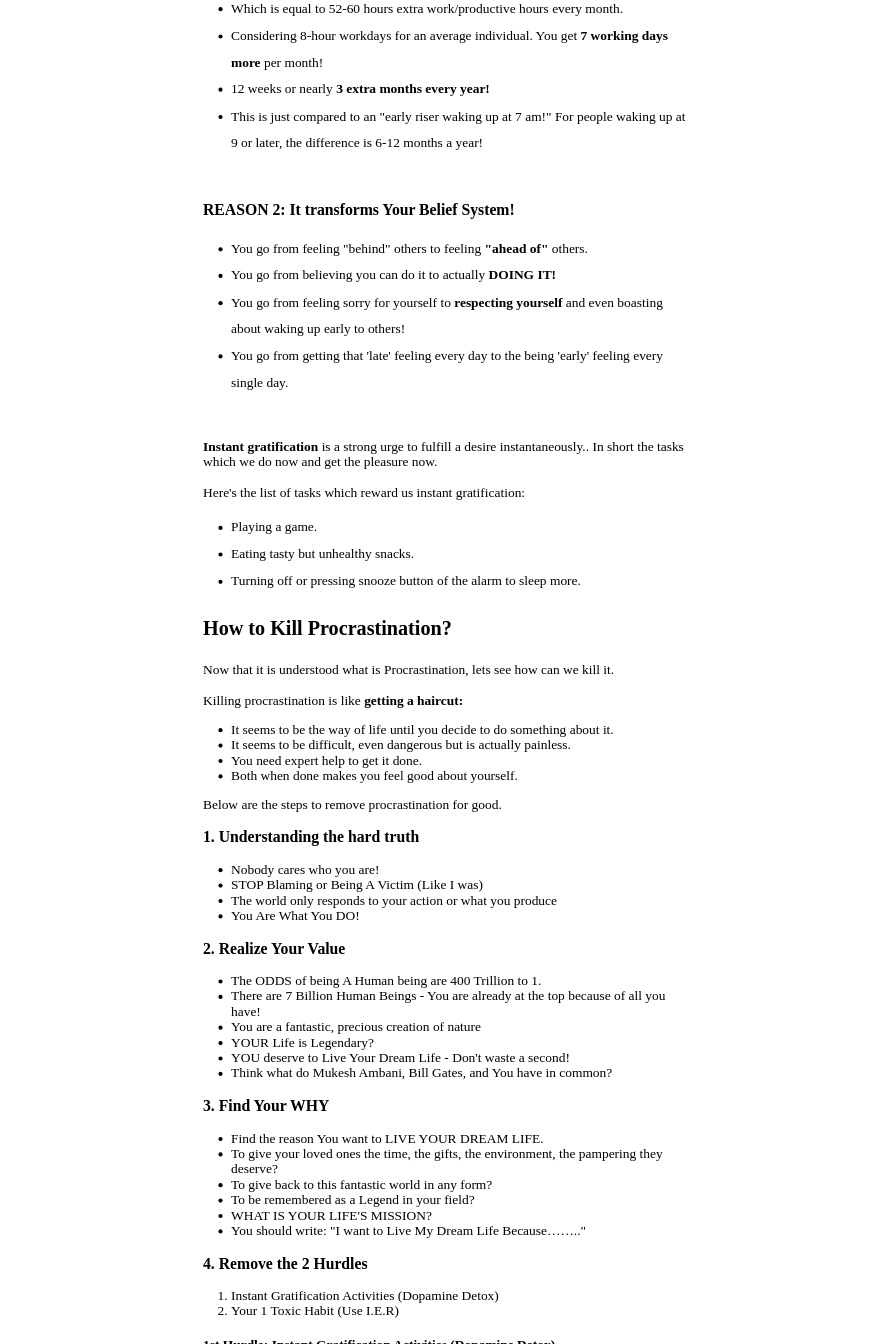
Repository: PuneetP16/Portfolio
Page: Wake Up At 5 AM Every Single Day Like Clockwork.html
The author's editor kept a copy of each file at every save. The page is drawn from the files as they stood at one save, then again after the next save.
The browser window is 1280 px wide. The pictures show the part of the page from y = 1803 to 3723 px (the page is 5266 px tall before and 5740 px after), at 70% of full size.
A picture or video elsewhere on the page could not be fetched, so the positions and the page height are approximate. Some web fonts or font styles are not loaded; a fallback is used.

Above is the page before, as saved 2021-12-10 03:13:26.

After the next save:
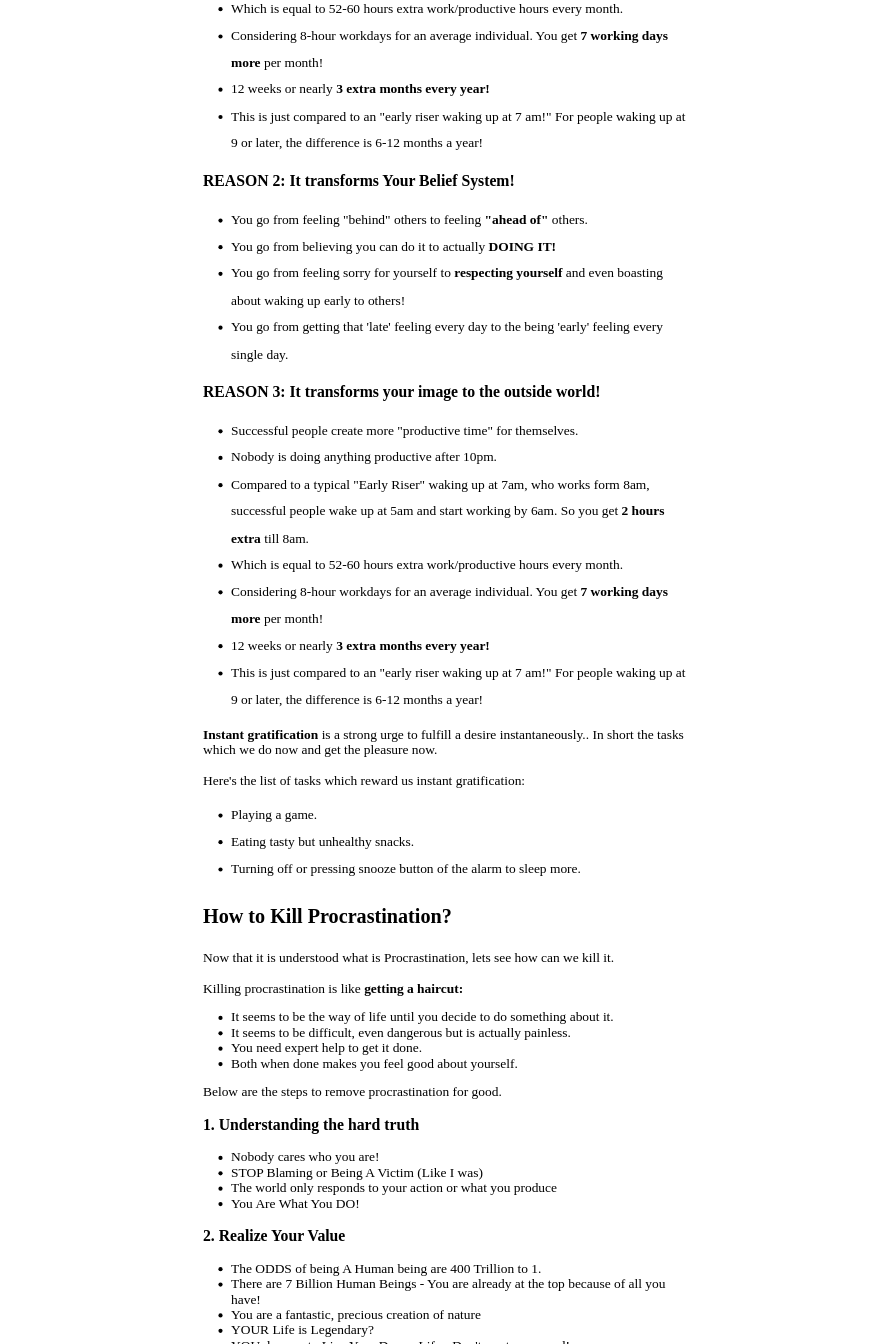
Saved 55 s later.
--- a/Wake Up At 5 AM Every Single Day Like Clockwork.html
+++ b/Wake Up At 5 AM Every Single Day Like Clockwork.html
@@ -50,7 +50,6 @@
            <li>12 weeks or nearly <strong> 3 extra months every year!</strong> </li>
            <li>This is just compared to an "early riser waking up at 7 am!" For people waking up at 9 or later, the difference is 6-12 months a year!</li>
         </ul>
-        <br>
 
         <h3>REASON 2: It transforms Your Belief System! </h3>
         <ul style="line-height: 2">
@@ -59,8 +58,17 @@
           <li>You go from feeling sorry for yourself to <strong>respecting yourself</strong> and even boasting about waking up early to others!</li>
            <li>You go from getting that 'late' feeling every day to the being 'early' feeling every single day.</li>
         </ul>
-        <br>
 
+        <h3>REASON 3:  It transforms your image to the outside world! </h3>
+        <ul style="line-height: 2">
+          <li>Successful people create more "productive time" for themselves.</li>
+          <li>Nobody is doing anything productive after 10pm.</li>
+          <li>Compared to a typical "Early Riser" waking up at 7am, who works form 8am, successful people wake up at 5am and start working by 6am. So you get <strong>2 hours extra</strong> till 8am. </li>
+           <li>Which is equal to 52-60 hours extra work/productive hours every month.</li>
+           <li>Considering 8-hour workdays for an average individual. You get <strong> 7 working days more</strong> per month!</li>
+           <li>12 weeks or nearly <strong> 3 extra months every year!</strong> </li>
+           <li>This is just compared to an "early riser waking up at 7 am!" For people waking up at 9 or later, the difference is 6-12 months a year!</li>
+        </ul>
 
       </p>
 
